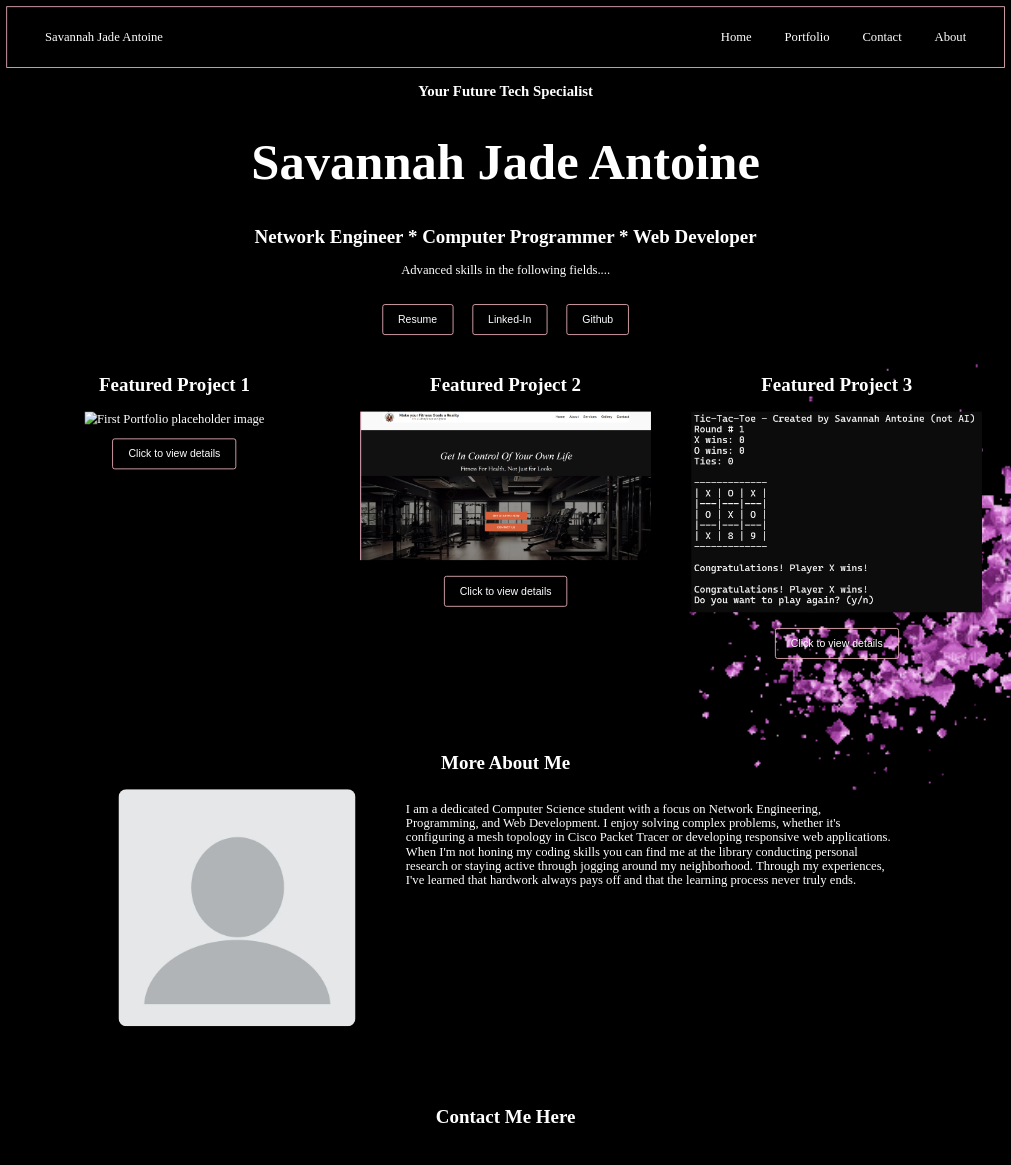
Repository: Savannah-Antoine/Savannah-Antoine
Page: index.html
The author's editor kept a copy of each file at every save. The page is drawn from the files as they stood at one save, then again after the next save.
The browser window is 1280 px wide. The pictures show the whole page, at 79% of full size.

Above is the page before, as saved 2026-05-15 14:40:16.
Not found: assets/images/image.png

### index.html
<!DOCTYPE html>
<html lang="en">
<head>
    <meta charset="UTF-8">
    <meta name="viewport" content="width=device-width, initial-scale=1.0">
    <link rel = "stylesheet" href = "./styles/index.css" />
    <link rel = "stylesheet" href = "./styles/globals.css" />
    <title>Savannah Jade Antoine Portfolio</title>
</head>
<body>
<header>
    <nav>
        <ul class = "homeButton">
           <li><a href = "index.html">Savannah Jade Antoine</a></li>
        </ul>
        <ul class = "navigation">
  <li><a href="index.html">Home</a></li>
  <li><a href="#PortfolioSection">Portfolio</a></li>
  <li><a href="#ContactMe">Contact</a></li>
  <li><a href="#AboutMe">About</a></li>
</ul>

</nav>
<h3>Your Future Tech Specialist</h3>
<h1> Savannah Jade Antoine</h1>
<h2>Network Engineer * Computer Programmer * Web Developer</h2>
<p> Advanced skills in the following fields....</p>
<div class = "infoButtons">
<a href = "Savannah Jade Resume (1).pdf"><button>Resume</button></a>
<a href = "www.linkedin.com/in/savannah-antoine-ab0756390"><button>Linked-In</button></a>
<button>Github</button>
</div>

</header>
<main class = "container">
<section id = "PortfolioSection" class = "project-card">

<h2>Featured Project 1</h2>
<img src = "./assets/images/image.png" alt = "First Portfolio placeholder image" />
<p><a href = "./pages/project-name-1.html"><button>Click to view details</button></a>
</section>


<section class = "project-card">
<h2>Featured Project 2</h2>
<img src = "./assets/images/Project2.png" alt = "Second Portfolio placeholder image" />
<p><a href = "./pages/project-name-2.html"><button>Click to view details</button></a>
</section>
<section class = "project-card">
<h2>Featured Project 3</h2>
<img src = "./assets/images/Project3.png" alt = "Third Portfolio placeholder image" />
<p><a href = "./pages/project-name-3.html"><button>Click to view details</button></a>
</section>

<section id = "AboutMe">
<h2>More About Me</h2>
<div  class = "aboutMe"> <img src = "./assets/images/profilepic.png" alt = "profile picture" />

<p>I am a dedicated Computer Science student with a focus on Network Engineering, Programming, and Web Development.
I enjoy solving complex problems, whether it's configuring a mesh topology in Cisco Packet Tracer or developing responsive web applications.
When I'm not honing my coding skills you can find me at the library conducting personal research or staying active through jogging around my neighborhood.
Through my experiences, I've learned that hardwork always pays off and that the learning process never truly ends.
</P>
</div>
</section>

<section id = "ContactMe">
<h2>Contact Me Here</h2>

</section>



</main>

</body>
</html>

### styles/index.css
.container{
  display: flex;
    flex-direction: column;
    align-items: center;
    gap: 2rem;
    padding: 1.2rem;

}
#AboutMe{
  text-align: center;
  justify-content: center;


}
.aboutMe{
    display: flex;
    flex-direction: column;      /* Side-by-side */
    align-items: center;
    text-align: left;       /* Vertically centers image and text */
    gap: 2rem;
}


.navigation {
    display: grid;
    grid-template-columns: repeat(2, 1fr);
    gap: 0.6rem;
    text-align: right;
}


body h1{
    font-size: 2.5rem;

}

img{
    width: 100%;
    max-width: 400px;
    height: auto;
}

@media screen and (min-width: 768px)
{




    #AboutMe img {
        width: 300px;
        border-radius: 10px;
    }
   body h1 {
        font-size: 4rem;
    }
    .container {
        flex-direction: row;
        flex-wrap: wrap;
        align-items: flex-start;
        justify-content: space-around;
    }
    .project-card {
        width: 30%;
        min-width: 250px;
        text-align: center;
    }


    .navigation{
        display:flex;
    }

}


@media screen and (min-width: 1000px)
{
    .container {
        margin: 0 auto;
    }
    .aboutMe {
        flex-direction: row;
        justify-content: center;
        align-items: flex-start;
        text-align: left;
        gap: 4rem;

    }
    #AboutMe
    {
        padding: 50px 10%;
        text-align: center;
        align-items:center;
        justify-content: center;
      max-width: 1000px;
    }

}

### styles/globals.css
body {
    background-color: black;
  background-image: url(/assets/images/background-pic.gif);
  background-repeat: no-repeat;
  background-size: cover;
  color: white;
  font-size: 1rem;
  text-align: center;
}



.homeButton{
  order: -1;
  list-style-type: none;
  margin: 0;
  padding: 0;
  display: flex;
  justify-content: left;

}


nav {
    display: flex;
    justify-content: space-between;
    align-items: center;
    padding: 1rem 2rem;

    border: 0.1rem solid pink;
    cursor: pointer;


}



nav ul {
    display: flex;
    list-style: none;
    gap: 1rem;
    margin: 0;
    padding: 0;
}
button {
    padding: 0.7rem 1.2rem;
    background-color: transparent;
    color: white;
    border: 0.1rem solid pink;
    cursor: pointer;
    transition: all 0.3s ease;
    border-radius: 0.2rem;
    gap: 1rem;
}
button:hover {
    background-color: pink;
    color: rgb(31, 1, 31);
    transform: translateY(-3px);
    box-shadow: 0 0.3rem 1rem rgba(255, 255, 255, 0.3);
}

.infoButtons {
    display: flex;
    justify-content: center;
    gap: 1.5rem;
    margin-top: 1.4rem;
    min-width: 100px;
    padding: 0.7rem 0.9rem;
}

li a {
  display: block;
  color: white;
  padding: 0.8rem 1rem;
  text-decoration: none;
}

ul li a:hover {
 background-color: pink;
  color: rgb(31, 1, 31);
  box-shadow: 0 0.5rem 0.9rem rgba(255, 255, 255, 0.3)
}

h1{

  font-size: 4rem;
}

After the next save:
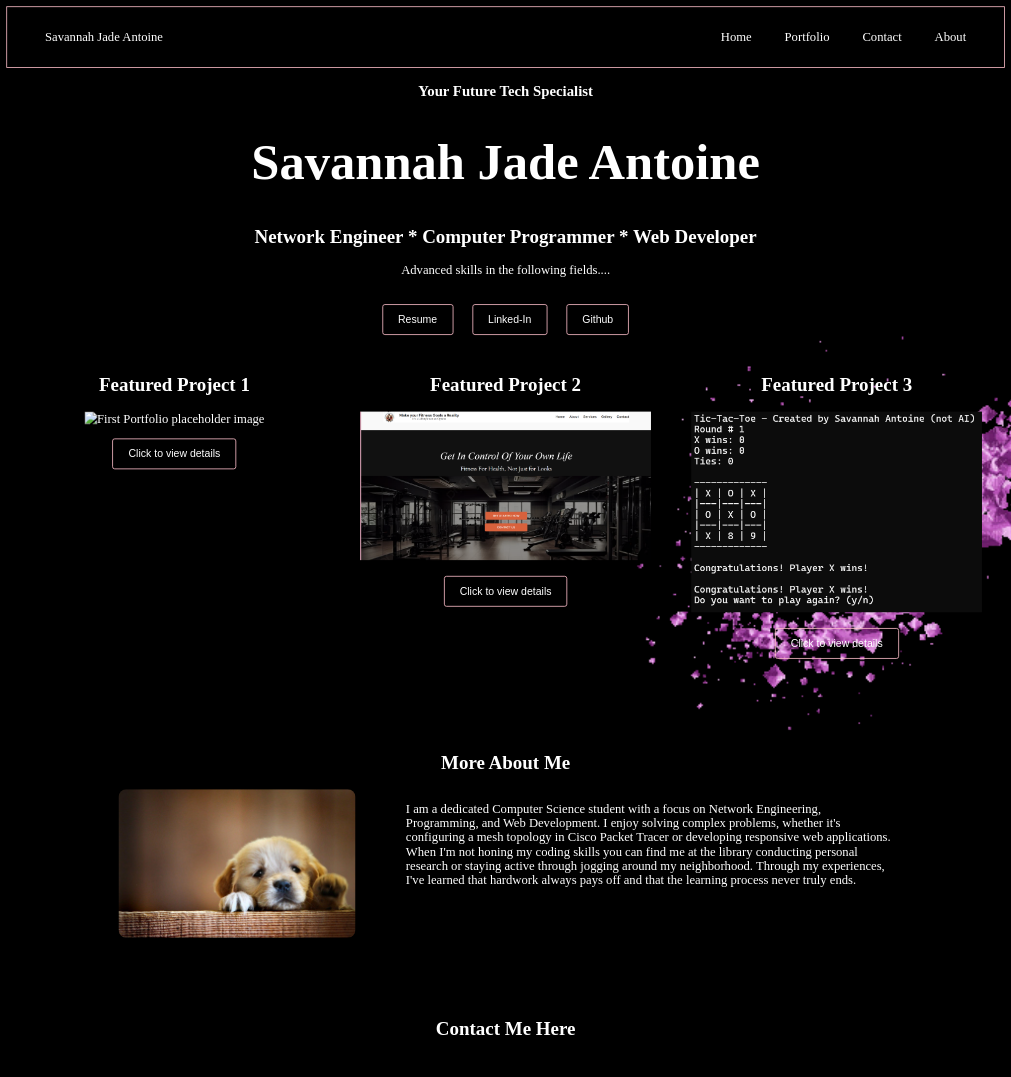
Saved 2 min 7 s later.
--- a/index.html
+++ b/index.html
@@ -54,7 +54,7 @@
 
 <section id = "AboutMe">
 <h2>More About Me</h2>
-<div  class = "aboutMe"> <img src = "./assets/images/profilepic.png" alt = "profile picture" />
+<div  class = "aboutMe"> <img src = "./assets/images/profilepic.jpg" alt = "profile picture" />
 
 <p>I am a dedicated Computer Science student with a focus on Network Engineering, Programming, and Web Development.
 I enjoy solving complex problems, whether it's configuring a mesh topology in Cisco Packet Tracer or developing responsive web applications.
